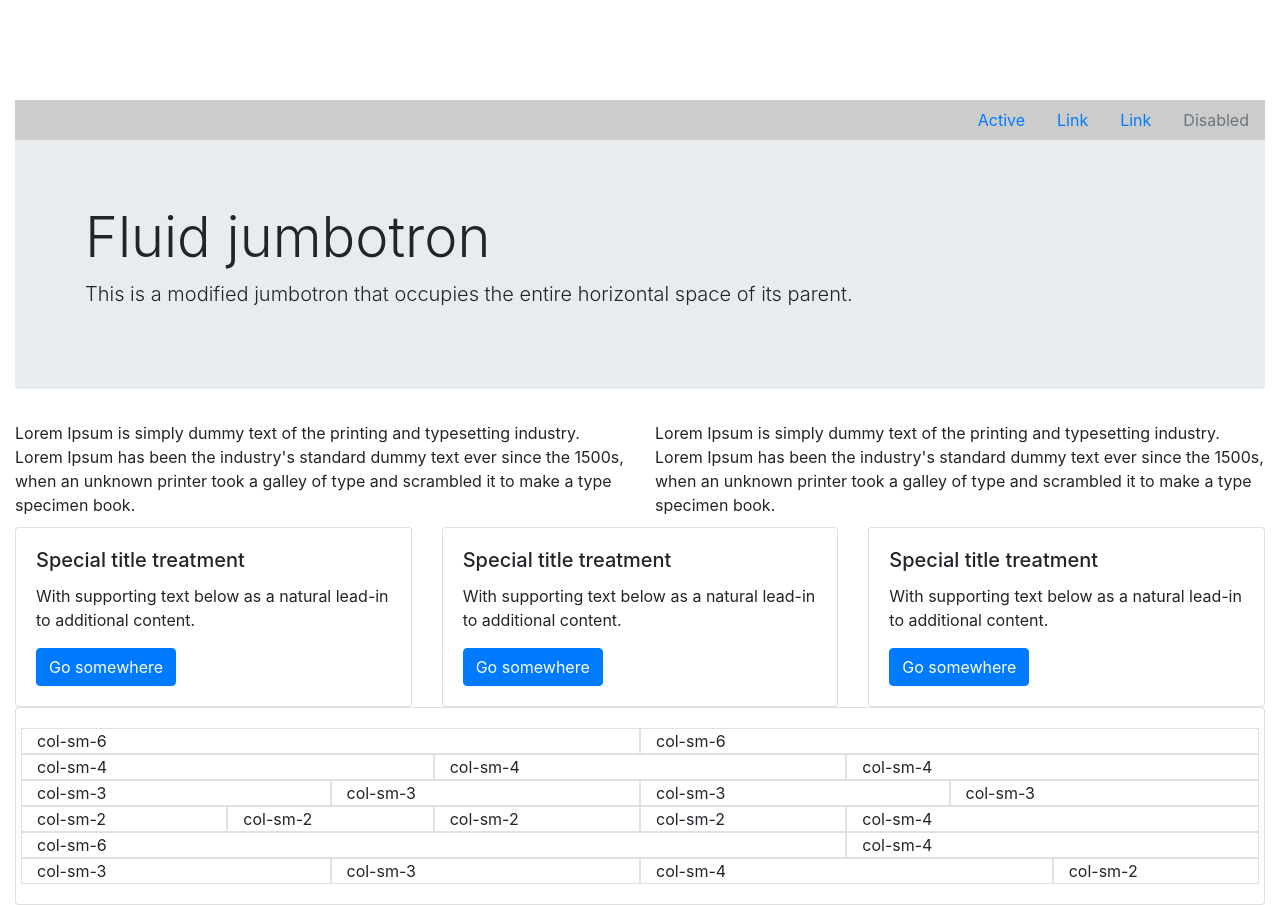
Repository: Green-Technologies-Angular/HTML
Page: index.html
These files come from the project's save history. The page is drawn as it stood at one moment and after the next save; the edit follows.
The browser window is 1280 px wide. The pictures show the whole page.

Above is the page before, as saved 2019-01-31 10:26:19.

After the next save:
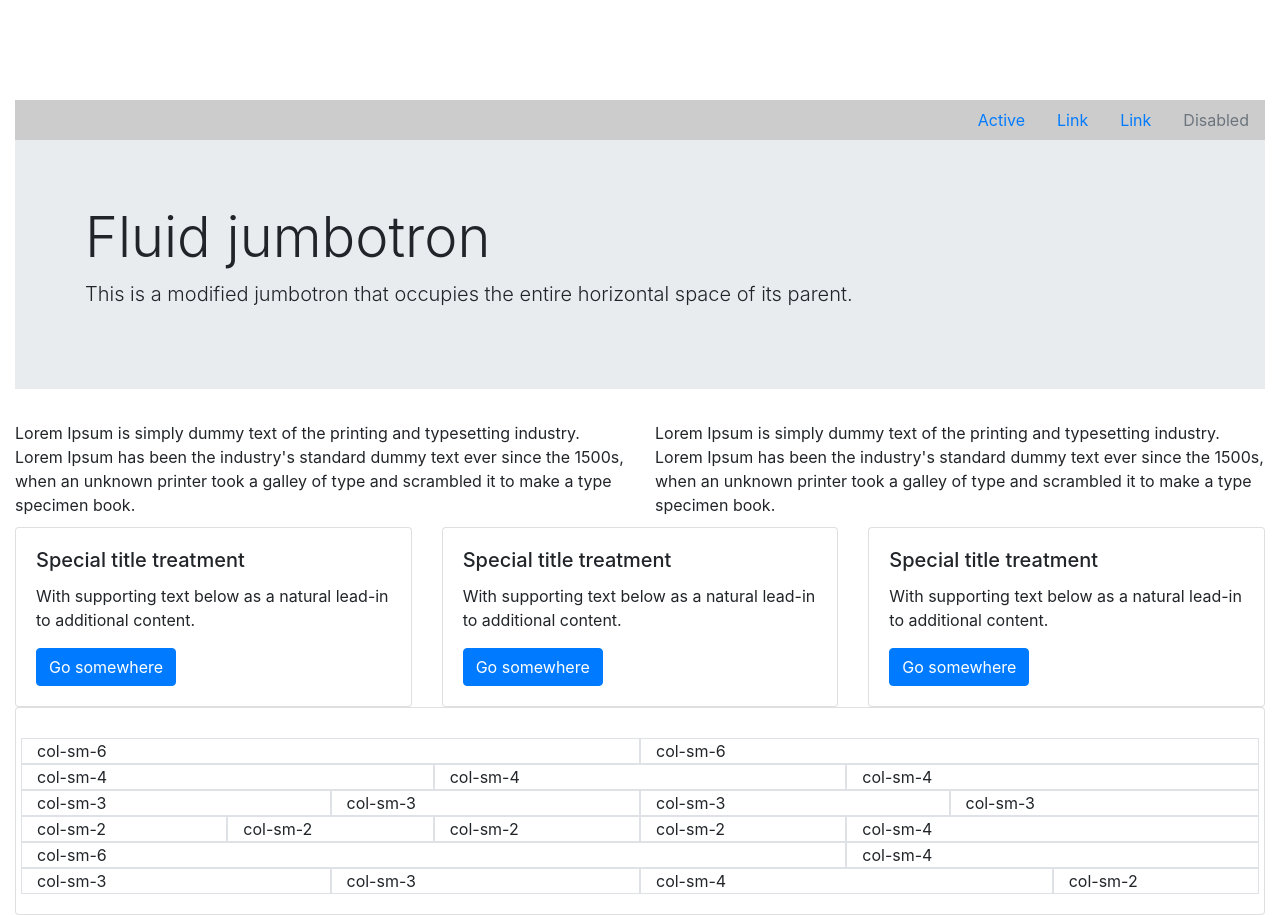
Saved 55 s later.
--- a/index.html
+++ b/index.html
@@ -83,7 +83,7 @@
                 </div>
             </div>
         </div>
-        <div class="card">
+        <div class="card"style="padding-top:10px;" >
             <div class="card-body">
                 <div class="row">
                     <div class="col-sm-6 border">col-sm-6</div>
